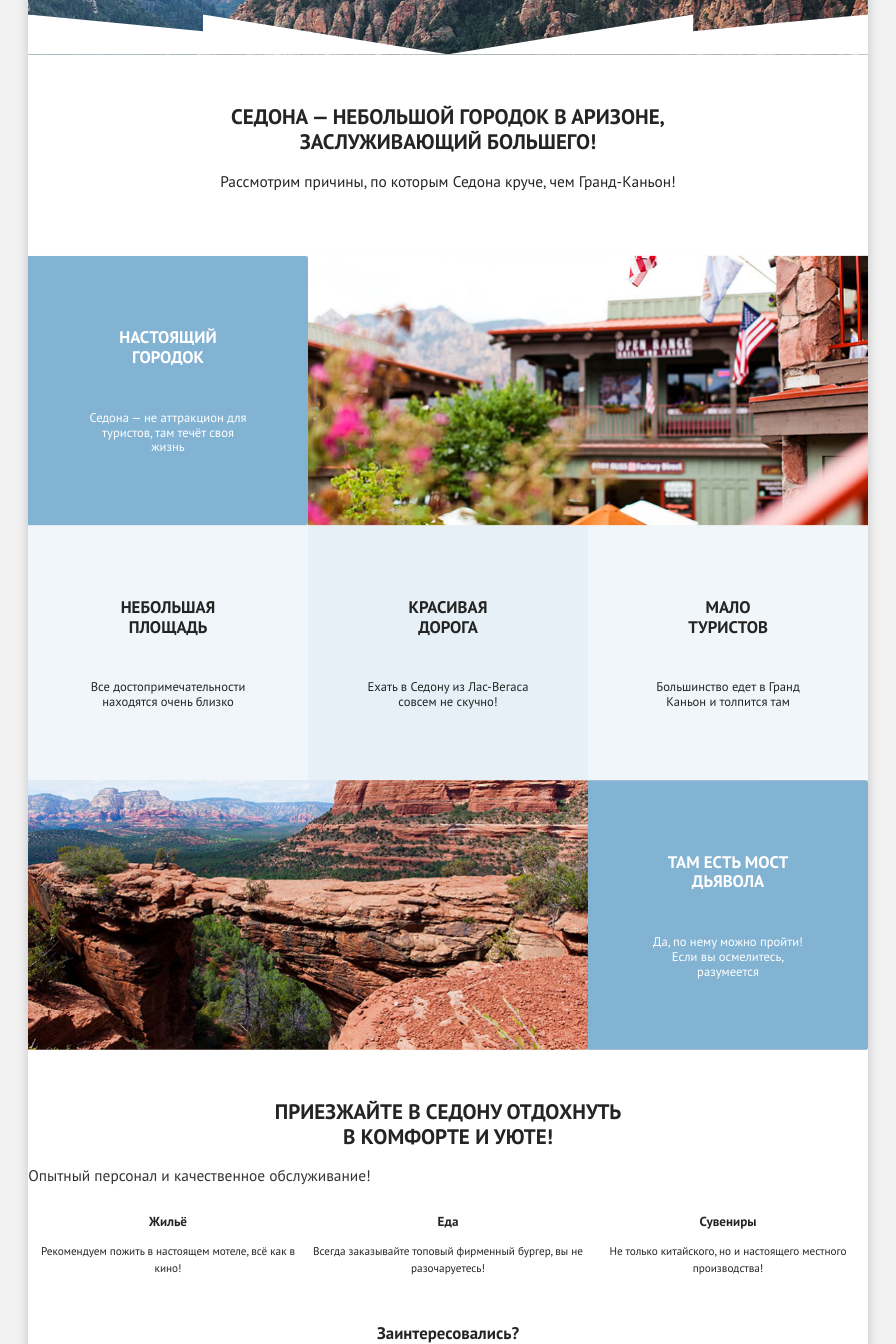
Repository: zakhgagne/2512253-sedona-1
Page: index.html
These files come from the project's save history. The page is drawn as it stood at one moment and after the next save; the edit follows.
The browser window is 1280 px wide. The pictures show the part of the page from y = 471 to 2391 px (the page is 3190 px tall before and 3186 px after), at 70% of full size.

Above is the page before, as saved 2024-05-11 15:25:14.

After the next save:
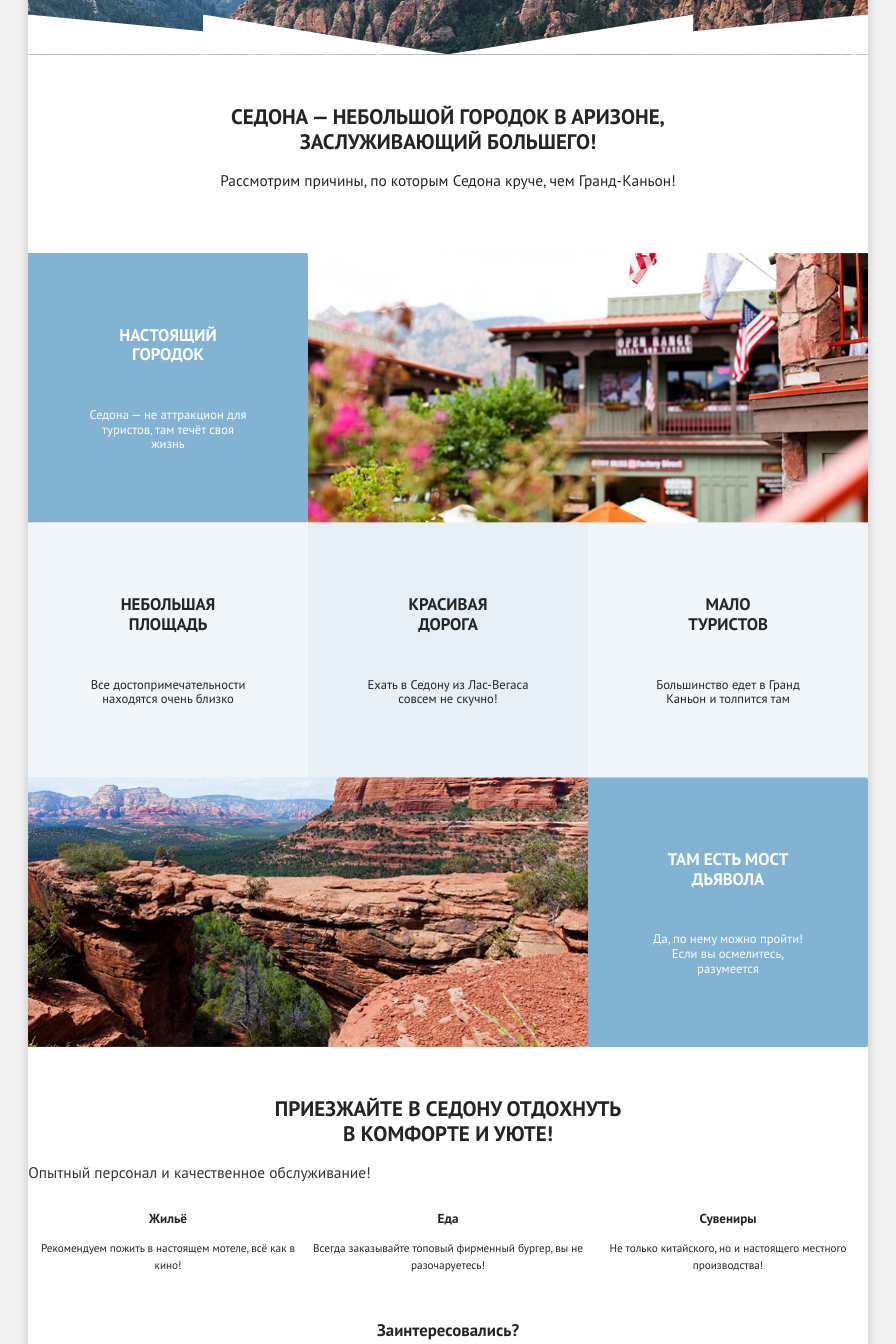
Saved 37 s later.
--- a/styles/styles.css
+++ b/styles/styles.css
@@ -128,7 +128,7 @@ body {
 }
 
 .city-subtitle {
-  padding: 3px;
+  padding: 1px;
   margin: 0 auto 90px;
   font-size: 22px;
   font-weight: 400;
